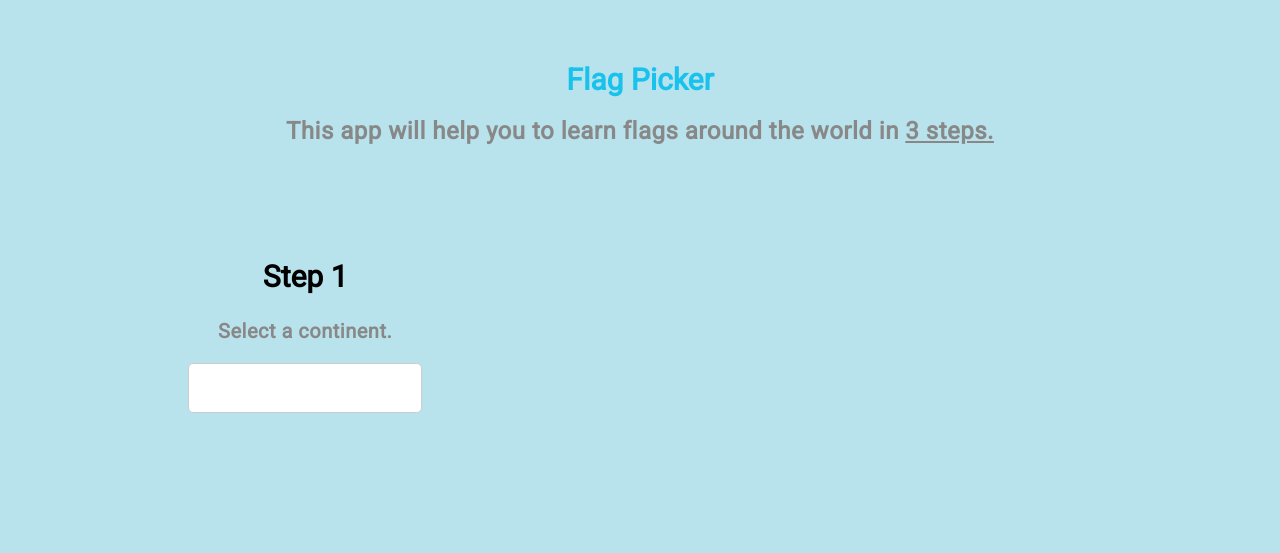
Repository: paras-shah/flag-app
Page: /
An editor plug-in stored every save of this project. The page is shown before and after the next save, followed by the edit.
The browser window is 1280 px wide. The pictures show the whole page.
The project was rebuilt for these pictures with package versions that can differ from the ones it lists, and the page was loaded fresh each time.

Above is the page before, as saved 2020-02-12 00:44:28.

### public/index.html
<!DOCTYPE html>
<html lang="en">
  <head>
    <meta charset="utf-8" />
    <link rel="icon" href="%PUBLIC_URL%/favicon.ico" />
    <meta name="viewport" content="width=device-width, initial-scale=1" />
    <meta name="theme-color" content="#000000" />
    <meta
      name="description"
      content="Web site created using create-react-app"
    />
    <link rel="apple-touch-icon" href="%PUBLIC_URL%/logo192.png" />
    <link href="https://fonts.googleapis.com/css?family=Roboto&display=swap" rel="stylesheet">
    <!--
      manifest.json provides metadata used when your web app is installed on a
      user's mobile device or desktop. See https://developers.google.com/web/fundamentals/web-app-manifest/
    -->
    <link rel="manifest" href="%PUBLIC_URL%/manifest.json" />
    <!--
      Notice the use of %PUBLIC_URL% in the tags above.
      It will be replaced with the URL of the `public` folder during the build.
      Only files inside the `public` folder can be referenced from the HTML.

      Unlike "/favicon.ico" or "favicon.ico", "%PUBLIC_URL%/favicon.ico" will
      work correctly both with client-side routing and a non-root public URL.
      Learn how to configure a non-root public URL by running `npm run build`.
    -->
    <title>Flag App</title>
  </head>
  <body>
    <noscript>You need to enable JavaScript to run this app.</noscript>
    <div id="root"></div>
    <!--
      This HTML file is a template.
      If you open it directly in the browser, you will see an empty page.

      You can add webfonts, meta tags, or analytics to this file.
      The build step will place the bundled scripts into the <body> tag.

      To begin the development, run `npm start` or `yarn start`.
      To create a production bundle, use `npm run build` or `yarn build`.
    -->
  </body>
</html>

### src/index.js
import React from 'react';
import ReactDOM from 'react-dom';

import './style/normalize.css';
import './style/index.css';

import App from './App';

ReactDOM.render(<App />, document.getElementById('root'));

### src/style/index.css
*{
	box-sizing: border-box;
}

body {
	margin: 0;
	font-family: -apple-system, BlinkMacSystemFont, "Segoe UI", "Roboto",
		"Oxygen", "Ubuntu", "Cantarell", "Fira Sans", "Droid Sans",
		"Helvetica Neue", sans-serif;
	-webkit-font-smoothing: antialiased;
	-moz-osx-font-smoothing: grayscale;
	background-color: rgb(184, 226, 236);
}

.app-main {
	margin: 1% auto;
	padding: 10px;
	text-align: center;
	width: 80%;
	font-family: "Roboto";
}

header {
	margin: 4% auto;
}

.main-text {
	font-size: 30px;
}

h1.main-text {
	color: rgb(25, 194, 236);
	font-size: 30px;
}

.sub-text {
	font-size: 24px;
	color: #888;
	letter-spacing: 0.5px;
}

h2 span {
	text-decoration: underline;
}

/* content */
.app-content {
	display: flex;
	flex-direction: row;
	justify-content: flex-start;
}

.app-content .column {
	width: 33.3%;
	padding: 5%;
}

.column-sub-text {
	font-size: 20px;
	color: #888;
	letter-spacing: 0.5px;
}

### src/App.js
import React from 'react';

// Components
import Search from "./components/Search";

// Config
import COPY from "./config/copy";
import flagData from "./config/continents.json";


class App extends React.Component {
  constructor(props) {
    super(props);

    this.state = {
      continentList: [],
      selectedContinentCountryList: [],

      selectedContinentIndex: -1,
      selectedCountry: null,
    }
  }

  componentDidMount() {
    if (flagData) {
      const continentArray = this.getContinentList();
      this.setState({ ...this.state, continentList: continentArray });
      ///
      const countryList = this.getContinentSpecificCountriesList(1);
      this.setState({...this.state,
        selectedContinentIndex: 1,
        selectedContinentCountryList: countryList
      });
    }

  }

  // on
  onContinentSelect = (selectedValueIndex) => {
    // get country data
    const countryList = this.getContinentSpecificCountriesList(selectedValueIndex);
    this.setState({...this.state,
      selectedContinentIndex: selectedValueIndex,
      selectedContinentCountryList: countryList
    });
  }

  onCountrySelect = (selectedValueIndex) => {
    // get country data
    console.log(selectedValueIndex);
  }

  //
  getContinentList = () => {
    return flagData.map((value) => {
      return value["continent"];
    });
  }

  //
  getContinentSpecificCountriesList = (continentIndex) => {
    const { countries } = flagData[continentIndex];
    return countries.map((value) => {
      return value["name"];
    });
  }


  render() {
    const { continentList, selectedContinentIndex } = this.state;
    const selectedContinent = selectedContinentIndex > -1 ? continentList[selectedContinentIndex] : false;

    return (
      <main className="app-main">
        <header className="app-header">
          <h1 className="main-text">{COPY.HEADER_TEXT}</h1>
          <h2 className="sub-text">{COPY.HEADER_SUBTEXT} <span> {COPY.HEADER_SUBTEXT_TWO} </span></h2>
        </header>

        <div className="app-content">
          {/* Continent */}
          <section className="column">
            <h2 className="main-text">{COPY.COLUMN_ONE_HEADING}</h2>
            <h3 className="column-sub-text">{COPY.COLUMN_ONE_SUBTEXT} </h3>

            <Search values={this.state.continentList}
              className="continent-select"
              onSelect={this.onContinentSelect}
            />

            {selectedContinent &&
              <>
                <p className="column-sub-text">
                  {COPY.SELECTED}
                </p>
                <p className="main-text">
                  {continentList[selectedContinentIndex]}
                </p>
              </>
            }
          </section>

          {/* Country */}
          {selectedContinent &&
            <section className="column">
              <h2 className="main-text">{COPY.COLUMN_TWO_HEADING}</h2>
              <h3 className="column-sub-text">{COPY.COLUMN_TWO_SUBTEXT} </h3>
              <Search values={this.state.selectedContinentCountryList}
                className="country-select"
                onSelect={this.onCountrySelect}
                multiSelect={false}
              />
            </section>
          }

          {/* Flag Column */}
          <section className="column">

          </section>

        </div>
      </main>
    );
  }
}

export default App;

### src/components/Search.js
import React from "react";
import "../style/search.css";

class Search extends React.Component {
    constructor(props) {
        super(props);
        this.state = {
            textValue: '',
            allValues: props.values,
            possibleValues: props.values,
            multiSelect: props.multiSelect ? true : false,
            selectedValue: props.multiSelect ? [] : '',
            showAvailableOption: false
        }

        this.onTextChange = this.onTextChange.bind(this);
        this.onFocus = this.onFocus.bind(this);
        this.onFocusOut = this.onFocusOut.bind(this);
        this.onSelect = this.onSelect.bind(this);
    }

    componentDidUpdate(prevProps) {

        if (this.props.values && prevProps.values && this.props.values[0] !== prevProps.values[0]) {
            this.setState({
                allValues: this.props.values,
                possibleValues: this.props.values,
            })
        }
        if (this.props.selectType && prevProps.selectType && this.props.selectType !== prevProps.selectType) {
            this.setState({
                selectType: this.props.selectType
            })
        }
    }

    onTextChange = (event) => {
        // batch call
        this.setState({ textValue: event.target.value });
        this.updatePossibleValues(event.target.value);
    }

    onFocus = () => {
        this.setState({ showAvailableOption: true });
    }

    onFocusOut = () => {
        // this.setState({ showAvailableOption: false });
    }

    onSelect = (selectedValue) => {
        const { allValues } = this.state;
        const selectedValueIndex = allValues.indexOf(selectedValue);
        this.setState({ selectedValue: selectedValueIndex, showAvailableOption: false });
        this.props.onSelect(selectedValueIndex);
    }

    updatePossibleValues = (textValue) => {
        const { allValues } = this.state;

        const filteredValues =
            allValues.filter(value => value.toLowerCase().indexOf(textValue.toLowerCase()) > -1);
        this.setState({ possibleValues: filteredValues });
    }

    showOptions = () => {
        const possibleValues = this.state.possibleValues;
        if (possibleValues.length >= 0) {
            return possibleValues.map((value, index) => {
                return (<li key={index} onClick={() => { this.onSelect(value) }}>
                    {value}
                </li>);
            })
        } else {
            return '';
        }
    }

    render() {
        const { showAvailableOption, multiSelect } = this.state;
        const classes = `search-box ${this.props.className} ${(multiSelect?'multi-select':'')}`;

        return (
            <div className={classes}>
                <input type="text" value={this.state.textValue}
                    onFocus={this.onFocus}
                    onChange={this.onTextChange}
                    onBlur={this.onFocusOut}
                />
                {showAvailableOption &&
                    <ul>
                        {this.showOptions()}
                    </ul>
                }
            </div>
        );
    }
}

export default Search;

### src/config/copy.js
export default {
    HEADER_TEXT : "Flag Picker",
    HEADER_SUBTEXT : "This app will help you to learn flags around the world in",
    HEADER_SUBTEXT_TWO : "3 steps.",

    COLUMN_ONE_HEADING:"Step 1",
    COLUMN_ONE_SUBTEXT:"Select a continent.",

    COLUMN_TWO_HEADING:"Step 2",
    COLUMN_TWO_SUBTEXT:"Now, select a country.",

    COLUMN_THREE_HEADING:"Step 3",
    COLUMN_THREE_SUBTEXT:"Flags.",

    SELECTED:"You selected",



};

### src/config/continents.json
[
	{
		"continent": "Africa",
		"countries": [
			{
				"name": "Nigeria",
				"flag": "🇳🇬"
			},
			{
				"name": "Ethiopia",
				"flag": "🇪🇹"
			},
			{
				"name": "Egypt",
				"flag": "🇪🇬"
			},
			{
				"name": "DR Congo",
				"flag": "🇨🇩"
			},
			{
				"name": "South Africa",
				"flag": "🇿🇦"
			}
		]
	},
	{
		"continent": "America",
		"countries": [
			{
				"name": "USA",
				"flag": "🇺🇸"
			},
			{
				"name": "Brazil",
				"flag": "🇧🇷"
			},
			{
				"name": "Mexico",
				"flag": "🇲🇽"
			},
			{
				"name": "Colombia",
				"flag": "🇨🇴"
			},
			{
				"name": "Argentina",
				"flag": "🇦🇷"
			}
		]
	},
	{
		"continent": "Asia",
		"countries": [
			{
				"name": "China",
				"flag": "🇨🇳"
			},
			{
				"name": "India",
				"flag": "🇮🇳"
			},
			{
				"name": "Indonesia",
				"flag": "🇮🇩"
			},
			{
				"name": "Pakistan",
				"flag": "🇵🇰"
			},
			{
				"name": "Bangladesh",
				"flag": "🇧🇩"
			}
		]
	},
	{
		"continent": "Europe",
		"countries": [
			{
				"name": "Russia",
				"flag": "🇷🇺"
			},
			{
				"name": "Germany",
				"flag": "🇩🇪"
			},
			{
				"name": "UK",
				"flag": "🇬🇧"
			},
			{
				"name": "France",
				"flag": "🇫🇷"
			},
			{
				"name": "Italy",
				"flag": "🇮🇹"
			}
		]
	},
	{
		"continent": "Oceania",
		"countries": [
			{
				"name": "Australia",
				"flag": "🇦🇺"
			},
			{
				"name": "Papua New Guinea",
				"flag": "🇵🇬"
			},
			{
				"name": "New Zealand",
				"flag": "🇳🇿"
			},
			{
				"name": "Fiji",
				"flag": "🇫🇯"
			},
			{
				"name": "Solomon Islands",
				"flag": "🇸🇧"
			}
		]
	}
]

### src/style/search.css
.search-box {
	position: relative;
}

.search-box input, li {
	width: 100%;
	height: 50px;
	border: solid 1px #ccc;
	border-radius: 5px;
	font-size: 20px;
	line-height: 50px;
	padding: 5px;
	box-sizing: border-box;
}

.search-box ul {
	display: inline-block;
    margin: 0px;
    list-style: none;
    padding: 0px;
	width: 100%;
	position: absolute;
    top: 50px;
    left: 0px;
}

.search-box li {
	background-color: white;
	text-align: center;
	text-transform: capitalize;
	cursor: pointer;
}

Loaded but not shown: src/style/normalize.css (library)

After the next save:
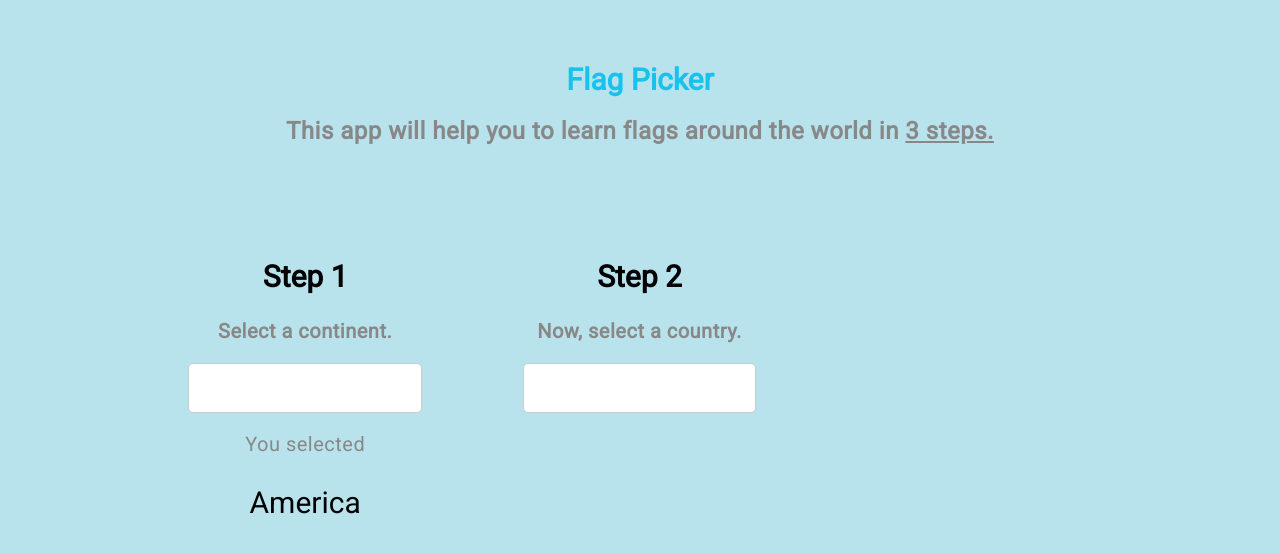
Saved 8 s later.
--- a/src/App.js
+++ b/src/App.js
@@ -27,7 +27,7 @@ class App extends React.Component {
       this.setState({ ...this.state, continentList: continentArray });
       ///
       const countryList = this.getContinentSpecificCountriesList(1);
-      this.setState({...this.state,
+      this.setState({
         selectedContinentIndex: 1,
         selectedContinentCountryList: countryList
       });
